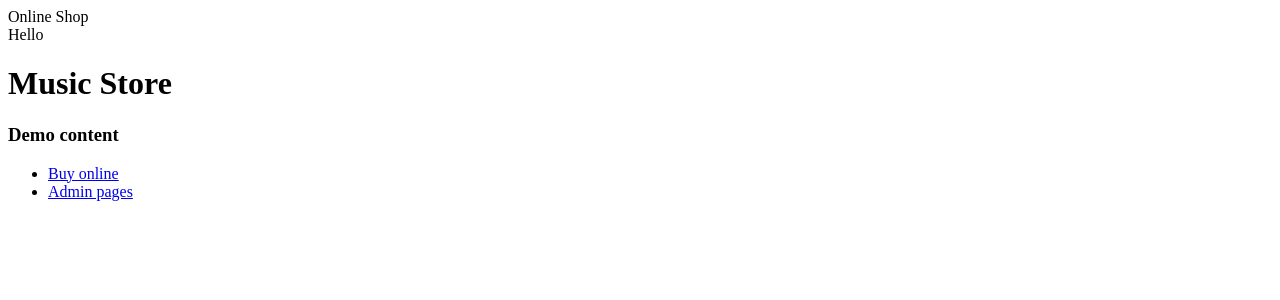
Repository: OnlyLight/Dua_Thu
Page: http://localhost/MusicStore/
These files come from the project's save history. The page is drawn as it stood at one moment and after the next save; the edit follows.
The browser window is 1280 px wide. The pictures show the whole page.
The page is served by Tomcat 9. Other server files are loaded and not shown.

Above is the page before, as saved 2018-05-13 03:11:39.

### JavaWeb/MusicStore/src/main/webapp/WEB-INF/views/index.jsp
<%@ page language="java" contentType="text/html; charset=ISO-8859-1"
	pageEncoding="ISO-8859-1"%>
<!DOCTYPE html PUBLIC "-//W3C//DTD HTML 4.01 Transitional//EN" "http://www.w3.org/TR/html4/loose.dtd">
<html>
<head>
<meta http-equiv="Content-Type" content="text/html; charset=ISO-8859-1">
<title>Insert title here</title>
</head>
<body>

	<jsp:include page="_header.jsp"></jsp:include>
	<h1>Music Store</h1>

	<div>
		<h3>Demo content</h3>

		<ul>
			<li><a href="#">Buy online</a></li>
			<li><a href="#">Admin pages</a></li>
		</ul>
	</div>
</body>
</html>

### JavaWeb/MusicStore/src/main/webapp/WEB-INF/views/_header.jsp
<%@ page language="java" contentType="text/html; charset=UTF-8"
	pageEncoding="UTF-8"%>
<%@ taglib uri="http://java.sun.com/jsp/jstl/core" prefix="c"%>

<div class="header-container">

	<div class="site-name">Online Shop</div>

	<div class="header-bar">
		Hello
	</div>
</div>

After the next save:
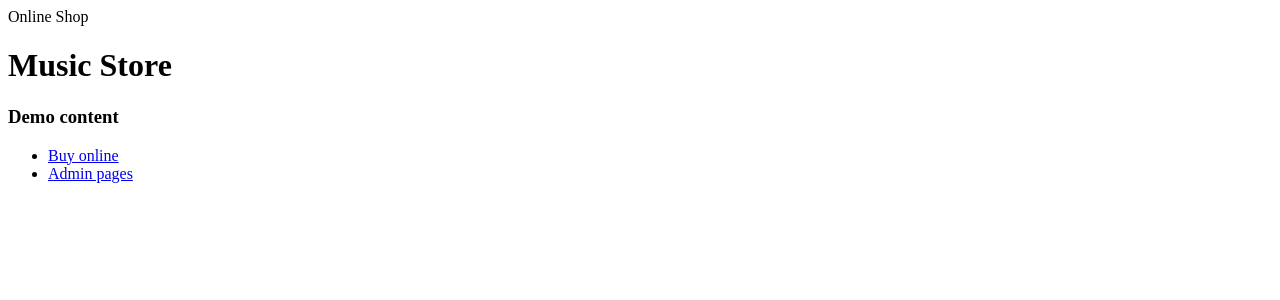
Saved 22 s later.
--- a/JavaWeb/MusicStore/src/main/webapp/WEB-INF/views/_header.jsp
+++ b/JavaWeb/MusicStore/src/main/webapp/WEB-INF/views/_header.jsp
@@ -3,10 +3,5 @@
 <%@ taglib uri="http://java.sun.com/jsp/jstl/core" prefix="c"%>
 
 <div class="header-container">
-
-	<div class="site-name">Online Shop</div>
-
-	<div class="header-bar">
-		Hello
-	</div>
+	<div>Online Shop</div>
 </div>
